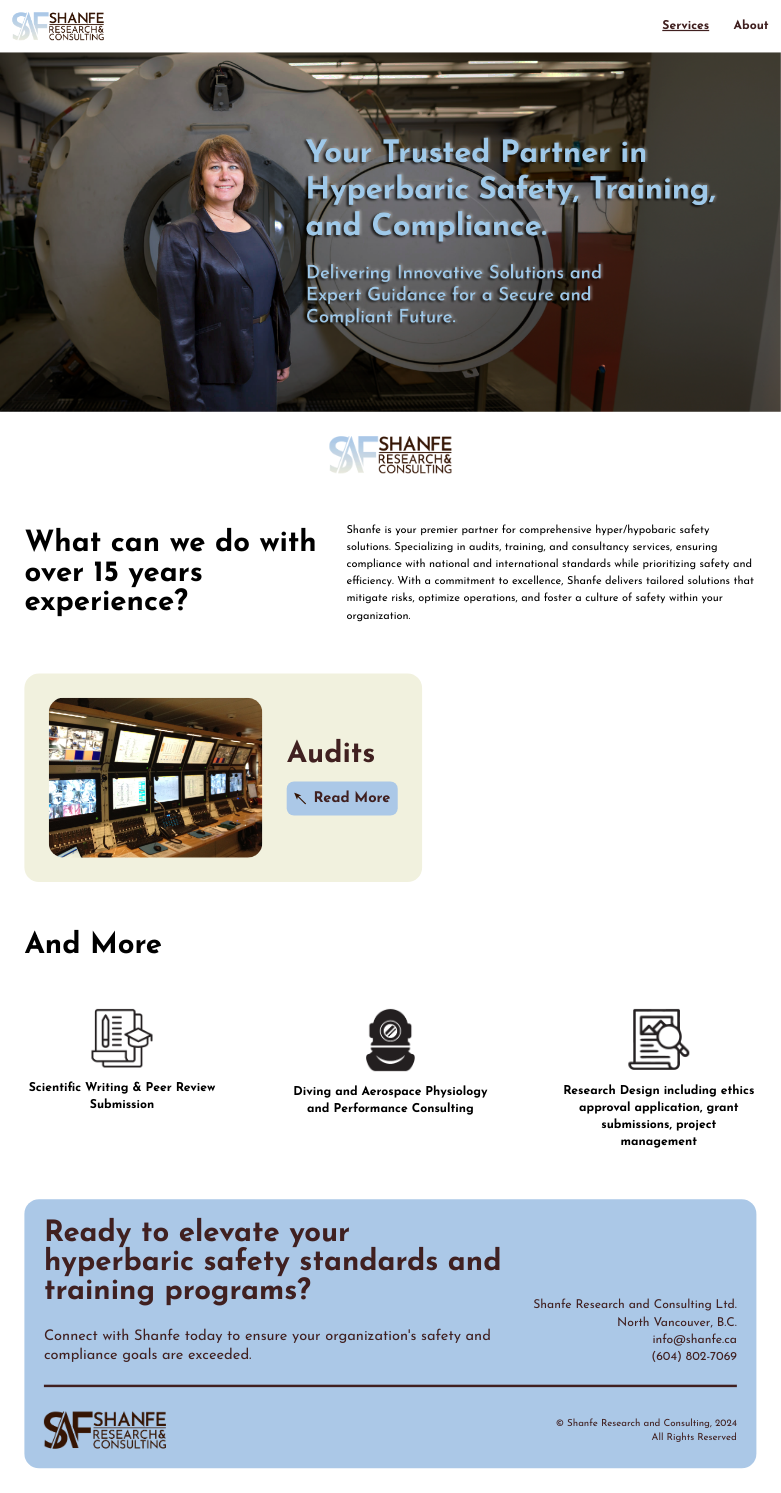
Repository: sierralaurent/shanfe_ca
Page: /
These files come from the project's save history. The page is drawn as it stood at one moment and after the next save; the edit follows.
The browser window is 1280 px wide. The pictures show the whole page, at 61% of full size.
The project was rebuilt for these pictures with package versions that can differ from the ones it lists, and the page was loaded fresh each time. The framework's server and built-in components were replaced by stand-ins that run in the browser. Also part of the build but not shown: next.config.mjs.

Above is the page before, as saved 2024-03-19 22:29:19.

### src/pages/index.tsx
import Image from "next/image";
import Head from 'next/head'
import NavBar from "@/components/navbar";
import Footer from "@/components/footer";
import Button from "@/components/button";
import Card from "@/components/option01";


export default function Home() {
  return (
    <>
    <Head>
        <title>SHANFE | Services</title>
        <meta name="viewport" content="width=device-width, initial-scale=1" />
        <link rel="icon" href="/favicon.ico" />
    </Head>
      <div className={'sticky top-0 z-50'}>
        <NavBar />
      </div>
      <Image
        className='w-full relative'
        src='/images/Shanfe_Hero.png'
        width={2000}
        height={2000}
        alt=''
        />
    <main className={`flex flex-col items-center gap-20 p-10 max-w-7xl mobile:p-8 bg-White`}>
      <Image
      src='/LogoMark300ppi.png'
      width={200}
      height={200}
      alt=''
      />
      <div className={'max-w-7xl flex flex-row mobile:flex-col items-center gap-10'}>
        <div className='max-w-2xl'>
          <h1 className="text-5xl font-bold">What can we do with over 15 years experience?</h1>
          </div>
        <div className="max-w-2xl">
          <p className='text-lg'>Shanfe is your premier partner for comprehensive hyper/hypobaric safety solutions. Specializing in audits, training, and consultancy services, ensuring compliance with national and international standards while prioritizing safety and efficiency. With a commitment to excellence, Shanfe delivers tailored solutions that mitigate risks, optimize operations, and foster a culture of safety within your organization. </p>
          </div>
      </div>


      <div className='w-full flex flex-col items-start'>
      <Card />
      </div>
        <h1 className=" w-full flex flex-col items-start text-5xl font-bold">And More</h1>

        <div className="w-full flex flex-row justify-between">
          <div className="w-80 flex flex-col gap-5 items-center">
            <Image
              src='/Icons/Writing Icon.png'
              width={100}
              height={100}
              alt=''
              />
              <h1 className="font-bold text-xl text-center">Scientific Writing & Peer Review Submission </h1>
          </div>
          <div className="w-80 flex flex-col gap-5 items-center">
          <Image
              src='/Icons/Diving Icon.png'
              width={80}
              height={80}
              alt=''
              />
              <h1 className="font-bold text-xl text-center">Diving and Aerospace Physiology and Performance Consulting</h1>
          </div>
          <div className="w-80 flex flex-col gap-5 items-center">
          <Image
                src='/Icons/Research-Icon.png'
                width={100}
                height={100}
                alt=''
                />
              <h1 className="font-bold text-xl text-center">Research Design including ethics approval application, grant submissions, project management</h1>
          </div>
        </div>
      <Footer />
    </main>
    </>
  );
}

### src/components/navbar.tsx
import Image from "next/image";
import Link from 'next/link';
import { useRouter } from 'next/router';

export default function NavBar() {
    const router = useRouter();

    // Function to determine if a link is active
    const isLinkActive = (href: string) => {
        return router.pathname === href;
    };

    return (
        <>
            <div className={'w-full flex flex-row justify-between items-center p-5 text-Chocolate'}>
                <Image
                    className='hover:scale-110 transition-transform'
                    src='/LogoMark300ppi.png'
                    width={150}
                    height={150}
                    alt=''
                />
                <div className={'flex flex-row gap-10'}>
                    <Link href="/">
                        <h1 className={`text-xl font-bold hover:scale-110 transition-transform ${isLinkActive('/') ? 'underline' : ''}`}>Services</h1>
                    </Link>
                    <Link href="/about">
                        <h1 className={`text-xl font-bold hover:scale-110 transition-transform ${isLinkActive('/about') ? 'underline' : ''}`}>About</h1>
                    </Link>

                </div>
            </div>
        </>
    )
}

### src/components/footer.tsx
import Image from "next/image";
import Link from 'next/link';
import { useRouter } from 'next/router';

export default function Footer() {

    return (
        <>
           <div className={'text-Chocolate rounded-3xl w-full flex flex-col items-center p-8 gap-8 bg-Sky divide-y-4 divide-Chocolate max-w-7xl'}>
            <div className={'flex flex-row items-end justify-between gap-8 tablet:flex-col'}>
                <div className={'w-8/12 flex flex-col gap-8 tablet:w-full'}>
                    <h1 className='text-5xl font-bold tablet:text-3xl mobile:text-xl'>Ready to elevate your hyperbaric safety standards and training programs?</h1>
                    <h1 className='text-2xl tablet:text-xl mobile:text-lg'>Connect with Shanfe today to ensure your organization's safety and compliance goals are exceeded.</h1>
                </div>
                <div className='items-end text-right'>
                    <h1 className='text-xl'>Shanfe Research and Consulting Ltd.</h1>
                    <h1 className='text-xl'>North Vancouver, B.C.</h1>
                    <h1 className='text-xl'>info@shanfe.ca</h1>
                    <h1 className='text-xl'>(604) 802-7069</h1>
                </div>
            </div>
                <div className={'flex flex-row justify-between pt-10 w-full items-center mobile:flex-col mobile:gap-8'}>
                <Image
                    src='/Icons/LogoMark-Brown.png'
                    width={200}
                    height={200}
                    alt=''
                    />
                    <div className={'flex flex-col items-end'}>
                        <h1 className='items-end text-right'>© Shanfe Research and Consulting, 2024</h1>
                        <h1 className='items-end text-right'>All Rights Reserved</h1>
                    </div>
                </div>
           </div>
        </>
    )
}

### src/components/option01.tsx
import Image from "next/image";
import { useState } from "react";
import Button from "./button";

export default function Card() {
    const [expanded, setExpanded] = useState(false);

    const handleExpand = () => {
        setExpanded(true);
    };

    const handleClose = () => {
        setExpanded(false);
    };

    return (
        <div className="text-Chocolate flex flex-row gap bg-Eggshell items-center p-10 gap-10 rounded-3xl relative">
            <Image
                className="rounded-3xl"
                src='/images/photo01.jpg'
                width={350}
                height={350}
                alt=''
            />
            {expanded ? (
                <div className='w-full flex flex-col gap-5'>
                    <p className='text-lg'>
                    Shanfe conducts rigorous hyper/hypobaric system audits, ensuring compliance with national and international standards. Our assessments identify risks, optimize operations, and enhance safety protocols. Trust us to provide actionable insights for a secure and efficient working environment.
                    </p>
                    <button onClick={handleClose} className="absolute top-5 right-5 text-gray-500 hover:text-red-500 focus:outline-none">
                        <svg xmlns="http://www.w3.org/2000/svg" className="h-6 w-6" fill="none" viewBox="0 0 24 24" stroke="currentColor">
                            <path strokeLinecap="round" strokeLinejoin="round" strokeWidth={2} d="M6 18L18 6M6 6l12 12" />
                        </svg>
                    </button>
                </div>
            ) : (
                <div className='flex flex-col gap-5'>
                    <h1 className='text-5xl font-bold'>Audits</h1>
                    <Button backgroundColor="Sky" onClick={handleExpand}>Read More</Button>
                </div>
            )}
        </div>
    );
}

### src/components/button.tsx
import { motion } from "framer-motion";
import Image from 'next/image'

interface ButtonProps {
  backgroundColor: string;
  onClick?: () => void; // Add onClick prop
  children: string;
}

export default function Button({ backgroundColor, onClick, children }: ButtonProps) {
  return (
    <button
      onClick={onClick} // Attach onClick handler
      className={`flex flex-row items-center gap-3 w-fit text-Chocolate p-3 text-2xl rounded-xl font-bold cursor-pointer bg-${backgroundColor}`}
    >
      <Image
        className=''
        src="/Icons/Arrow.svg"
        width={20}
        height={20}
        alt=''
      />
      {children}
    </button>
  );
}

Loaded but not shown: src/pages/_app.tsx (common file); src/pages/_document.tsx (common file); src/styles/globals.css (common file); tailwind.config.ts (common file)

After the next save:
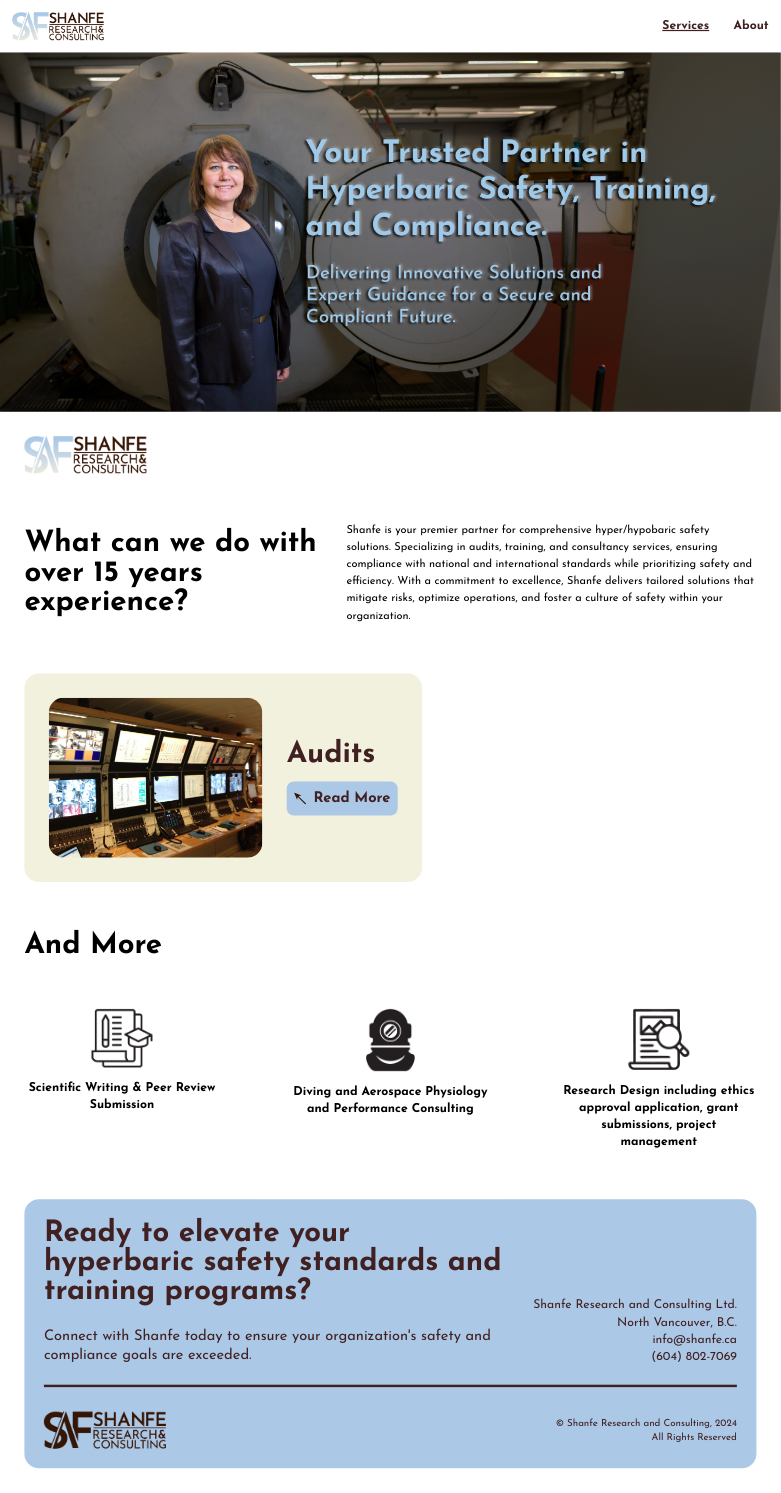
Saved 2 min 6 s later.
--- a/src/pages/index.tsx
+++ b/src/pages/index.tsx
@@ -24,7 +24,7 @@
         height={2000}
         alt=''
         />
-    <main className={`flex flex-col items-center gap-20 p-10 max-w-7xl mobile:p-8 bg-White`}>
+    <main className={`flex flex-col gap-20 p-10 max-w-7xl mobile:p-8 bg-White`}>
       <Image
       src='/LogoMark300ppi.png'
       width={200}

After the save that followed:
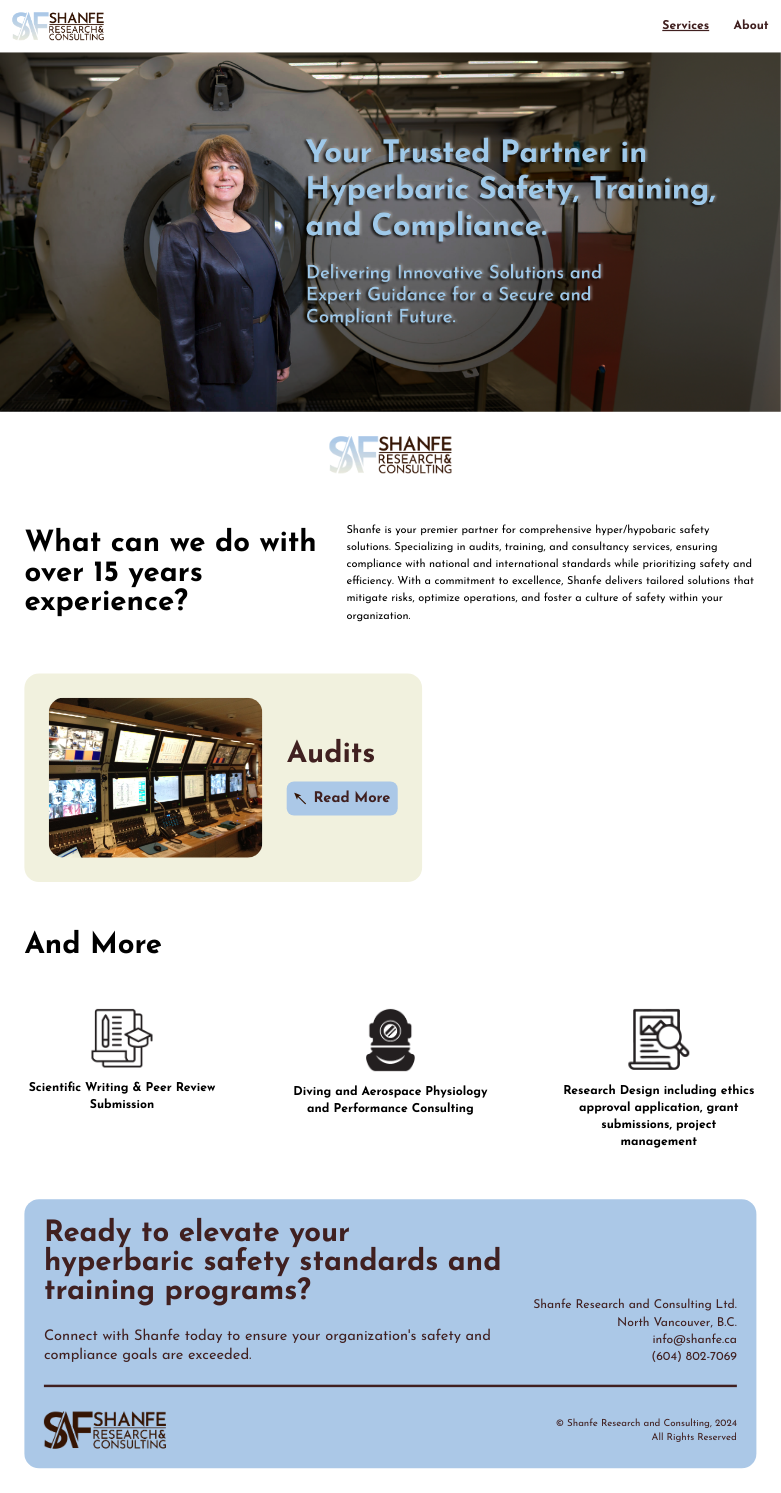
Saved 27 s later.
--- a/src/pages/index.tsx
+++ b/src/pages/index.tsx
@@ -24,7 +24,7 @@
         height={2000}
         alt=''
         />
-    <main className={`flex flex-col gap-20 p-10 max-w-7xl mobile:p-8 bg-White`}>
+    <main className={`flex flex-col items-center gap-20 p-10 max-w-7xl mobile:p-8 bg-White`}>
       <Image
       src='/LogoMark300ppi.png'
       width={200}
